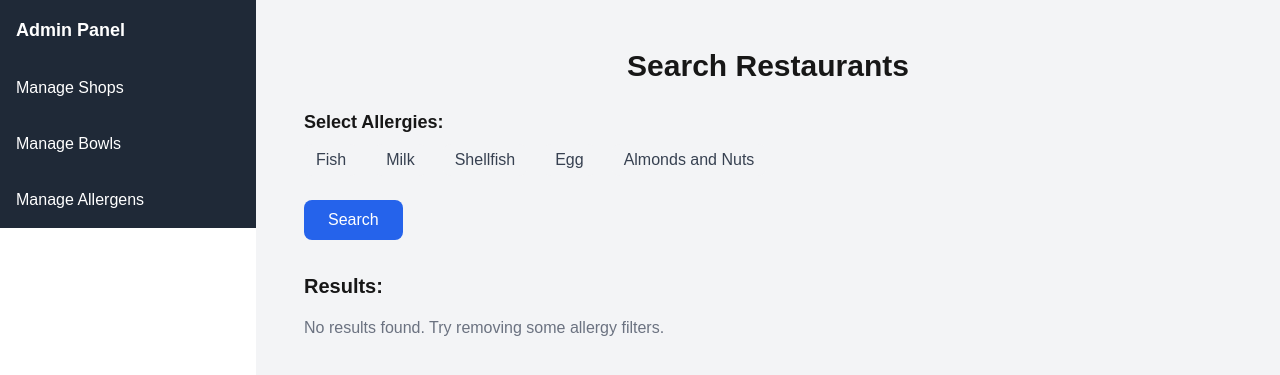
Repository: komuro-zero/ramen_dashboard
Page: /
An editor plug-in stored every save of this project. The page is shown before and after a run of saves, followed by the edit.
The browser window is 1280 px wide. The pictures show the whole page.
The page's requests for data from a server got no answer. The project was rebuilt for these pictures with package versions that can differ from the ones it lists, and the page was loaded fresh each time. The framework's server and built-in components were replaced by stand-ins that run in the browser. No one was signed in, and anything a server would have sent is missing. Also part of the build but not shown: next.config.ts.

Above is the page before, as saved 2025-01-20 22:44:54.

After the next 2 saves:
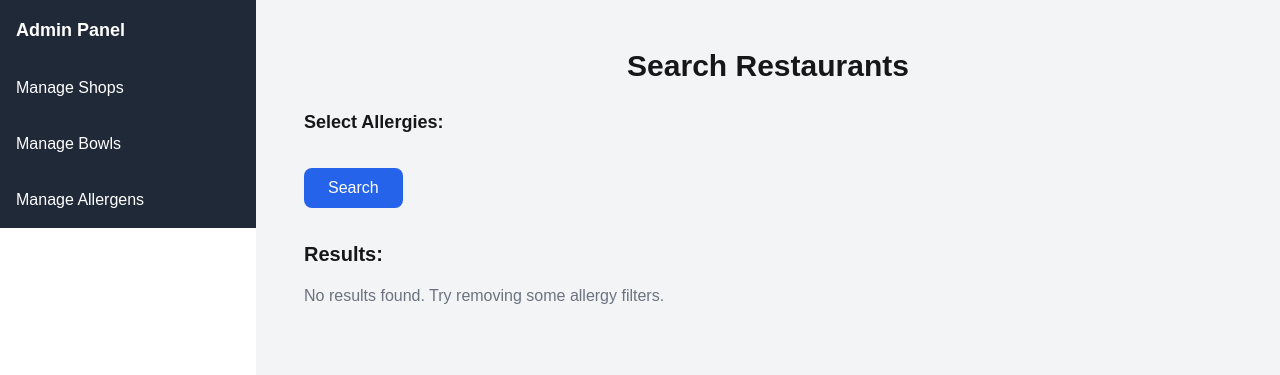
The 2 saves are shown as one change because they came seconds apart.
The last was saved 3 min 6 s later.
--- a/app/page.tsx
+++ b/app/page.tsx
@@ -1,12 +1,24 @@
 "use client";
 
-import { useState } from "react";
+import { useState, useEffect } from "react";
 
 export default function SearchPage() {
   const [allergies, setAllergies] = useState<string[]>([]);
   const [results, setResults] = useState<any[]>([]);
+  const [allergyOptions, setAllergyOptions] = useState<any[]>([]); // Use any[] for now
 
-  const allergyOptions = ["Fish", "Milk", "Shellfish", "Egg", "Almonds and Nuts"];
+  useEffect(() => {
+    async function fetchAllergens() {
+      try {
+        const response = await fetch(`/api/allergens`);
+        const data = await response.json();
+        setAllergyOptions(data);
+      } catch (error) {
+        console.error("Error fetching allergens:", error);
+      }
+    }
+    fetchAllergens();
+  }, []);
 
   const toggleAllergy = (allergy: string) => {
     setAllergies((prev) =>
@@ -37,18 +49,18 @@ export default function SearchPage() {
       <div className="mb-6">
         <h2 className="text-lg font-semibold mb-2">Select Allergies:</h2>
         <div className="flex flex-wrap gap-4">
-          {allergyOptions.map((allergy) => (
+          {allergyOptions.map((allergen) => (
             <button
-              key={allergy}
-              onClick={() => toggleAllergy(allergy)}
+              key={allergen.id} // Use allergen.id as key
+              onClick={() => toggleAllergy(allergen.name)} // Toggle by name
               className={`px-3 py-1 rounded-lg cursor-pointer
-                ${allergies.includes(allergy)
+                ${allergies.includes(allergen.name) // Check inclusion by name
                   ? "bg-blue-600 text-white"
                   : "bg-gray-100 text-gray-700"
                 }
                 hover:bg-blue-500 hover:text-white`}
             >
-              {allergy}
+              {allergen.name}
             </button>
           ))}
         </div>
